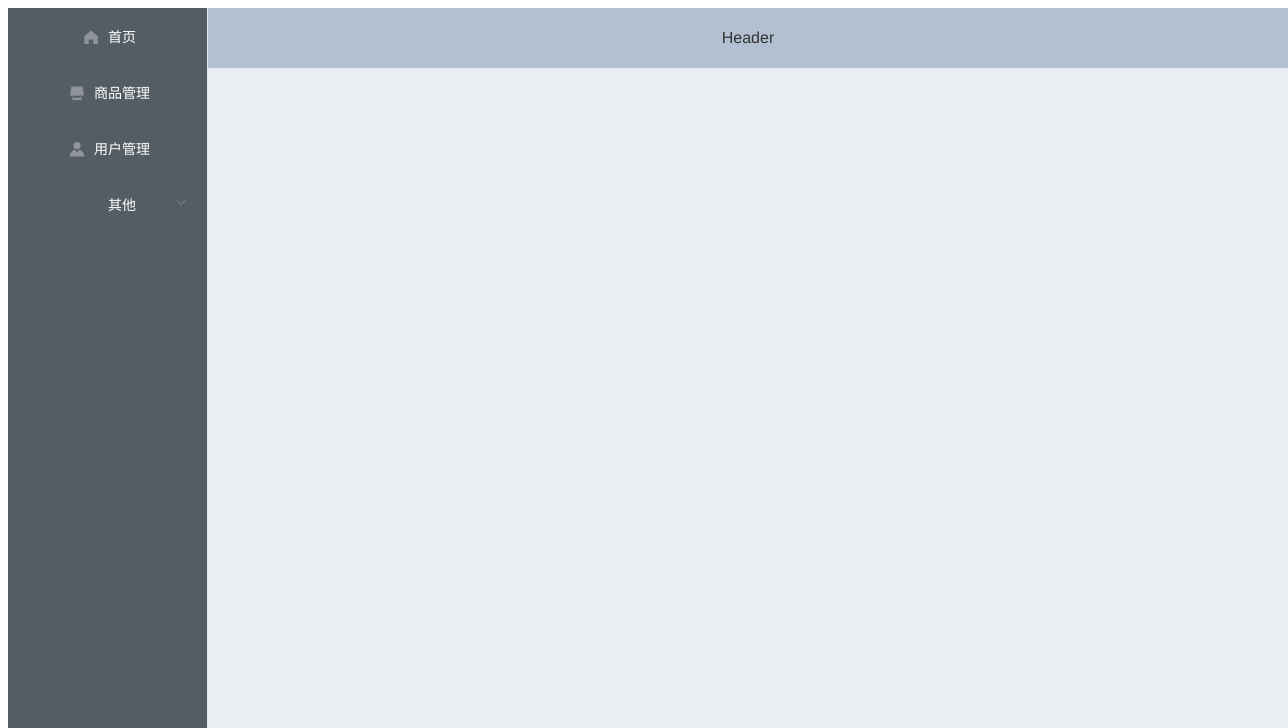
Repository: tkqi/manage
Page: /
An editor plug-in stored every save of this project. The page is shown before and after the next save, followed by the edit.
The browser window is 1280 px wide. The page is 1288 px wide, so the pictures cover 1288 px, including what lies to the right of the window. The pictures show the whole page.
The project was rebuilt for these pictures with package versions that can differ from the ones it lists, and the page was loaded fresh each time. Also part of the build but not shown: vue.config.js.

Above is the page before, as saved 2023-12-01 14:07:15.

### src/main.js
import Vue from 'vue'
import App from './App.vue'
import router from './router'
import store from './store'
import ElementUI from 'element-ui';
import 'element-ui/lib/theme-chalk/index.css';

Vue.config.productionTip = false
Vue.use(ElementUI);

new Vue({
  router,
  store,
  render: h => h(App)
}).$mount('#app')

### src/App.vue
<template>
  <div id="app">
    <!-- 路由出口 -->
    <router-view/>
  </div>
</template>

<style lang="less">
#app {
  font-family: Avenir, Helvetica, Arial, sans-serif;
  -webkit-font-smoothing: antialiased;
  -moz-osx-font-smoothing: grayscale;
  text-align: center;
  color: #2c3e50;
  height: 100%;
}

nav {
  padding: 30px;

  a {
    font-weight: bold;
    color: #2c3e50;

    &.router-link-exact-active {
      color: #42b983;
    }
  }
}

html,
body {
  width: 100%;
  height: 100%;
}

</style>

### src/router/index.js
import Vue from 'vue'
import VueRouter from 'vue-router'
import routes from './routes'
Vue.use(VueRouter)


const router = new VueRouter({
  routes: routes
})

// 暴露router实例
export default router

### src/router/routes.js
export default [
    // 主路由
    {
        path: '/',
        component: () => import('../views/Main.vue'),
        // 子路由
        children: [
            {
                path: '/home',
                // 路由组件懒加载
                component: () => import('../views/Home.vue')
            },
            {
                path: '/user',
                component: () => import('../views/User.vue')
            }
        ]
    },
    {
        path: '/home',
        // 路由组件懒加载
        component: () => import('../views/Home.vue')
    },
    {
        path: '/user',
        component: () => import('../views/User.vue')
    }
]

### src/views/Main.vue
<!-- eslint-disable vue/multi-word-component-names -->
<template>
    <div class="container">
        <el-container class="inside">
            <el-aside width="200px"><sidebar/></el-aside>
            <el-container>
                <el-header>Header</el-header>
                <el-main><router-view /></el-main>
            </el-container>
        </el-container>

    </div>
</template>

<script>
import sidebar from '../components/sidebar.vue'
export default {
    components:{
        sidebar
    }
}
</script>

<style lang="less">
.el-header,
.el-footer {
    background-color: #B3C0D1;
    color: #333;
    text-align: center;
    line-height: 60px;
}

.el-aside {
    background-color: #D3DCE6;
    color: #333;
    text-align: center;
    line-height: 200px;
}

.el-main {
    background-color: #E9EEF3;
    color: #333;
    text-align: center;
    line-height: 160px;
}

.container{
    height: 100%;
}
.inside{
    height: 100%;
}
</style>

### src/components/sidebar.vue
<!-- eslint-disable vue/multi-word-component-names -->
<template>
    <el-menu default-active="1-4-1" class="menu" @open="handleOpen" @close="handleClose" :collapse="isCollapse"
        background-color="#545c64" text-color="#fff" active-text-color="#ffd04b">
        <el-menu-item v-for="item in noChildren" :key="item.name" index="item.name">
            <i :class="`el-icon-${item.icon}`"></i>
            <span slot="title">{{ item.label }}</span>
        </el-menu-item>
        <el-submenu v-for="item in hasChildren" :key="item.label" index="item.label">
            <template slot="title">
                <i :class="`el-icon-${item.icon}`"></i>
                <span slot="title">{{ item.label }}</span>
            </template>
            <el-menu-item-group v-for="subitem in item.children" :key="subitem.name">
                <el-menu-item index="subitem.name">{{ subitem.label }}</el-menu-item>
            </el-menu-item-group>
        </el-submenu>
    </el-menu>
</template>


<style>
.el-menu-vertical-demo:not(.el-menu--collapse) {
    width: 200px;
    min-height: 400px;
}
</style>

<script>
export default {
    computed: {
        // 无子菜单
        noChildren() {
            return this.menuData.filter(o => !o.children);
        },
        // 有子菜单
        hasChildren() {
            return this.menuData.filter(o => o.children);
        }
    },
    data() {
        return {
            isCollapse: false,
            menuData: [
                {
                    path: '/',
                    name: 'home',
                    label: "首页",
                    icon: 's-home',
                    url: 'Home/Home'
                },
                {
                    path: '/mall',
                    name: 'mall',
                    label: "商品管理",
                    icon: 's-shop',
                    url: 'MallManage/MallManage'
                },
                {
                    path: '/user',
                    name: 'user',
                    label: "用户管理",
                    icon: 's-custom',
                    url: 'UserManage/UserManage'
                },
                {
                    label: '其他',
                    icon: 's-other',
                    children: [
                        {
                            path: '/page1',
                            name: 'page1',
                            label: "页面1",
                            icon: 's-claim',
                            url: 'Other/PageOne'
                        },
                        {
                            path: '/page2',
                            name: 'page2',
                            label: "页面2",
                            icon: 's-claim',
                            url: 'Other/PageTwo'
                        },
                    ]
                }
            ]
        };
    },
    methods: {
        handleOpen(key, keyPath) {
            console.log(key, keyPath);
        },
        handleClose(key, keyPath) {
            console.log(key, keyPath);
        }
    }
}
</script>

<style lang="less">
.menu {
    width: auto;
    height: 100%;
}
</style>

Loaded but not shown: public/index.html (common file); src/store/index.js (common file)

After the next save:
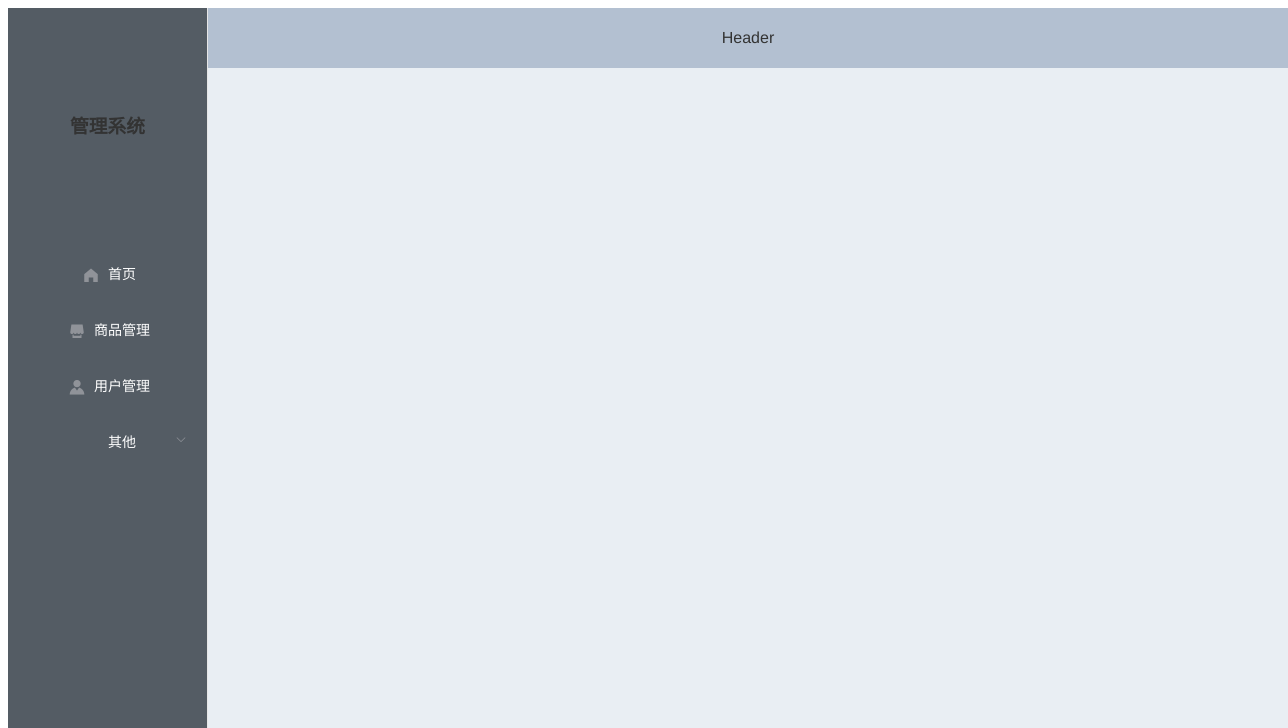
Saved 4 min 13 s later.
--- a/src/components/sidebar.vue
+++ b/src/components/sidebar.vue
@@ -1,7 +1,8 @@
 <!-- eslint-disable vue/multi-word-component-names -->
 <template>
     <el-menu default-active="1-4-1" class="menu" @open="handleOpen" @close="handleClose" :collapse="isCollapse"
-        background-color="#545c64" text-color="#fff" active-text-color="#ffd04b">
+        background-color="#545c64" text-color="#fff" active-text-color="#ffd04b"    >
+        <h3>管理系统</h3>
         <el-menu-item v-for="item in noChildren" :key="item.name" index="item.name">
             <i :class="`el-icon-${item.icon}`"></i>
             <span slot="title">{{ item.label }}</span>
